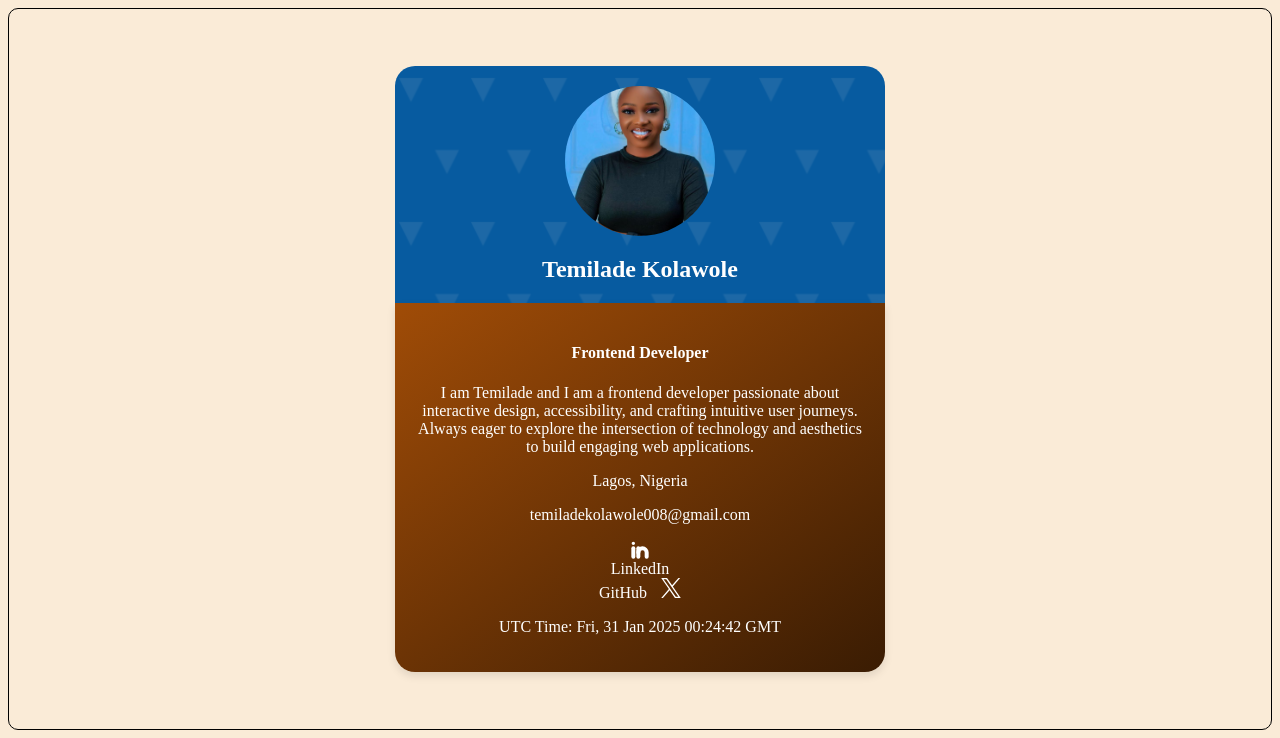
Repository: KolawoleTemilade/ticket-guarantor
Page: profilecard/index..html
The author's editor kept a copy of each file at every save. The page is drawn from the files as they stood at one save, then again after a run of saves.
The browser window is 1280 px wide. The pictures show the whole page.

Above is the page before, as saved 2025-02-05 01:04:47.

### profilecard/index..html
<!DOCTYPE html>
<html lang="en">
<head>
    <meta charset="UTF-8">
    <meta name="viewport" content="width=device-width, initial-scale=1.0">
    <title>Profile Card</title>
    <link rel="stylesheet" href="style.css">
</head>
<body>
    <section class=" " >
        <div class="background" style="background-image: url('./asset/bgo.svg');">
            <img src="./asset/profile.jpg" alt="Profile Picture" data-testid="profilePicture">
            <h2 class="fullname" data-testid="fullName">Temilade Kolawole</h2>
        </div>
        <div class="card" >
        <h4 data-testid="jobTitle">Frontend Developer</h4>
        <p data-testid="shortBio">
            I am Temilade and I am a frontend developer passionate about interactive design,
            accessibility, and crafting intuitive user journeys. Always eager to explore
            the intersection of technology and aesthetics to build engaging web applications.
        </p>
        <p data-testid="currentLocation">Lagos, Nigeria</p>
        <p data-testid="emailAddress">
            <a href="mailto:temiladekolawole008@gmail.com" target="_blank">
                temiladekolawole008@gmail.com
            </a>
        </p>
        <div class="social-links" data-testid="socialLinks">

            <a href="https://linkedin.com/in/temiladekolawole13" target="_blank" class="socials"> <img src="./asset/linkedin.svg" alt="">LinkedIn</a>
            <a href="https://github.com/kolawoleTemilade" target="_blank">GitHub</a>
            <a href="https://twitter.com/temmie415" target="_blank"> <img src="./asset/twitter.svg" alt=""></a>
        </div>
        <p data-testid="currentTimeUTC" id="utcTime"></p>
    </div>
    </section>

    <script>
        // Update UTC time every second
        function updateTime() {
            const utcTime = new Date().toUTCString();
            document.getElementById('utcTime').textContent = `UTC Time: ${utcTime}`;
        }

        // Initial call and set interval
        updateTime();
        setInterval(updateTime, 1000);
    </script>
</body>
</html>

### profilecard/style.css
body {
  display: flex;
  align-items: center;
  justify-content: center;
  height: 100vh;
  border: 1px solid ;
  border-radius: 10px;
  background-color: antiquewhite;
}

.card {
  background: #fff;
  padding: 20px;
  border-radius: 0 0  20px 20px;
  box-shadow: 0 4px 8px rgba(0, 0, 0, 0.1);
  text-align: center;
  max-width: 450px;
  width: 100%;
  background: linear-gradient(145deg, #A04C07, #3A1C03);
}
.card p, .card h4{
  color: #fff;
}
.card h4 {
  font-size: 16px;
}
.background {
  width: 100%;
  padding: 0;
  display: flex;
  flex-direction: column;
  justify-content: center;
  align-items: center;
  border-radius:20px 20px   0 0 ;
}
.background > img {
  width: 150px;
  height: 150px;
  border-radius: 50%;
  object-fit: cover;
  margin-top: 20px;
}
.fullname {
  color: #fff;
  font-size: 24px;
}

a {
  margin: 0 5px;
  text-decoration: none;
  color: white;
}

.socials {
  display: flex;
  flex-direction: column;
  align-items: center;
  justify-content: center;
}
.socials img {
  width: 20px;
  height: 20px;
}

### profilecard/asset/linkedin.svg
<svg width="20" height="20" viewBox="0 0 20 20" fill="none" xmlns="http://www.w3.org/2000/svg">
<path d="M3.33335 4.99999C4.25383 4.99999 5.00002 4.2538 5.00002 3.33332C5.00002 2.41285 4.25383 1.66666 3.33335 1.66666C2.41288 1.66666 1.66669 2.41285 1.66669 3.33332C1.66669 4.2538 2.41288 4.99999 3.33335 4.99999Z" fill="white"/>
<path d="M3.33331 8.33334V16.6667" stroke="white" stroke-width="4" stroke-linecap="round" stroke-linejoin="round"/>
<path d="M8.33331 8.33334V16.6667" stroke="white" stroke-width="4" stroke-linecap="round" stroke-linejoin="round"/>
<path d="M8.33331 12.5C8.33331 10.2 10.2 8.33334 12.5 8.33334C14.8 8.33334 16.6666 10.2 16.6666 12.5V16.6667" stroke="white" stroke-width="4" stroke-linecap="round" stroke-linejoin="round"/>
</svg>

### profilecard/asset/twitter.svg
<svg width="20" height="20" viewBox="0 0 20 20" fill="none" xmlns="http://www.w3.org/2000/svg">
<path d="M11.8619 8.46875L19.1472 0H17.4207L11.095 7.35313L6.04253 0H0.215027L7.85534 11.1194L0.215027 20H1.94159L8.6219 12.2348L13.9575 20H19.785L11.8614 8.46875H11.8619ZM9.49722 11.2172L8.723 10.11L2.56362 1.29969H5.2155L10.186 8.41L10.96 9.51719L17.4214 18.7594H14.7699L9.49722 11.2177V11.2172Z" fill="white"/>
</svg>

After the next 2 saves:
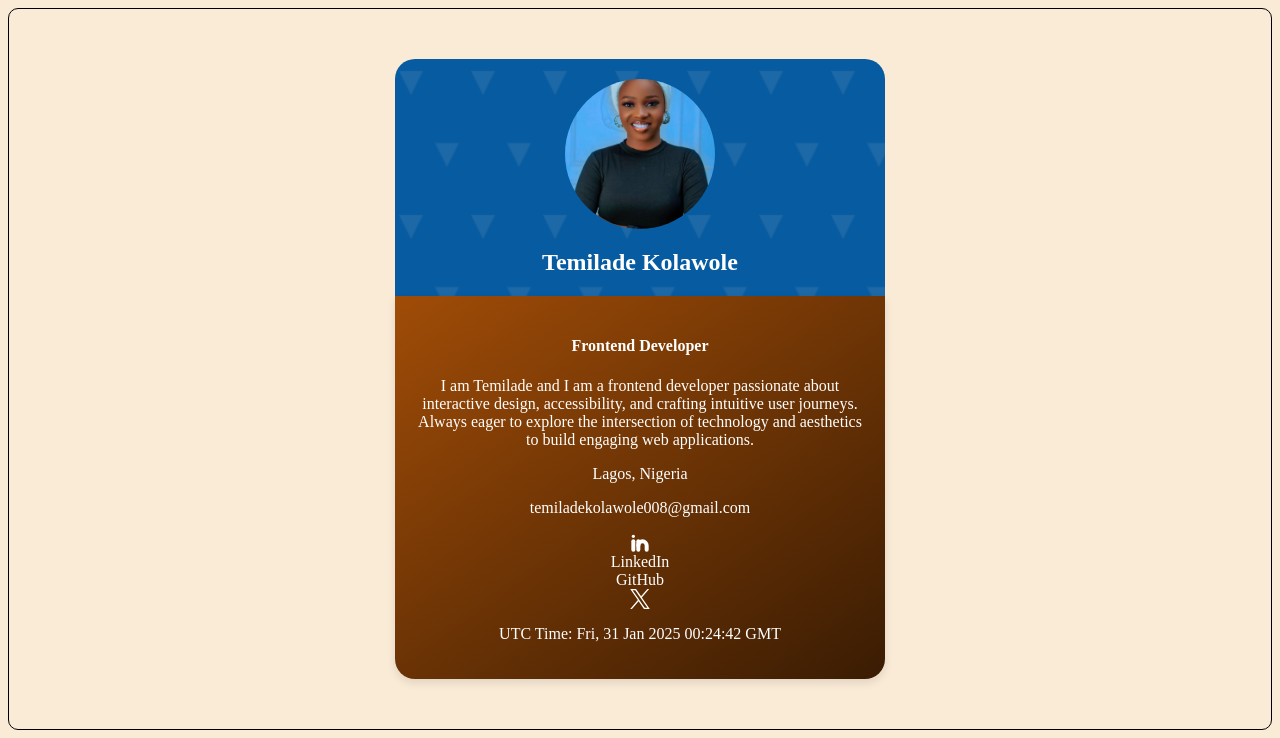
The 2 saves are shown as one change because they came seconds apart.
The last was saved 19 s later.
--- a/profilecard/index..html
+++ b/profilecard/index..html
@@ -29,7 +29,7 @@
 
             <a href="https://linkedin.com/in/temiladekolawole13" target="_blank" class="socials"> <img src="./asset/linkedin.svg" alt="">LinkedIn</a>
             <a href="https://github.com/kolawoleTemilade" target="_blank">GitHub</a>
-            <a href="https://twitter.com/temmie415" target="_blank"> <img src="./asset/twitter.svg" alt=""></a>
+            <a href="https://twitter.com/temmie415" target="_blank" class="socials"> <img src="./asset/twitter.svg" alt=""></a>
         </div>
         <p data-testid="currentTimeUTC" id="utcTime"></p>
     </div>
